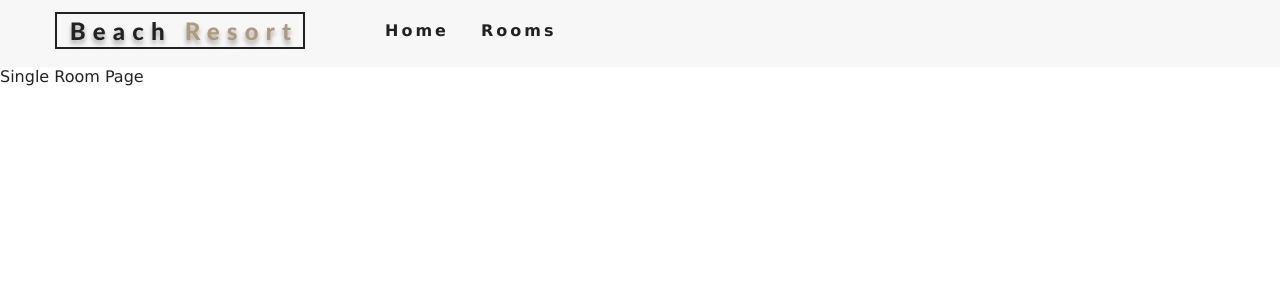
Repository: sanchit01garg/react-beachResort
Page: /rooms/double-deluxe
An editor plug-in stored every save of this project. The page is shown before and after a run of saves, followed by the edit.
The browser window is 1280 px wide. The pictures show the whole page.
The project was rebuilt for these pictures with package versions that can differ from the ones it lists, and the page was loaded fresh each time. Also part of the build but not shown: src/components/Hero.js, src/components/Banner.js, src/components/Title.js, src/components/Services.js, src/components/Loading.js, src/components/Room.js, src/components/FeaturedRooms.js, src/pages/Home.js and 2 more.

Above is the page before, as saved 2021-01-07 20:31:48.

After the next 2 saves:
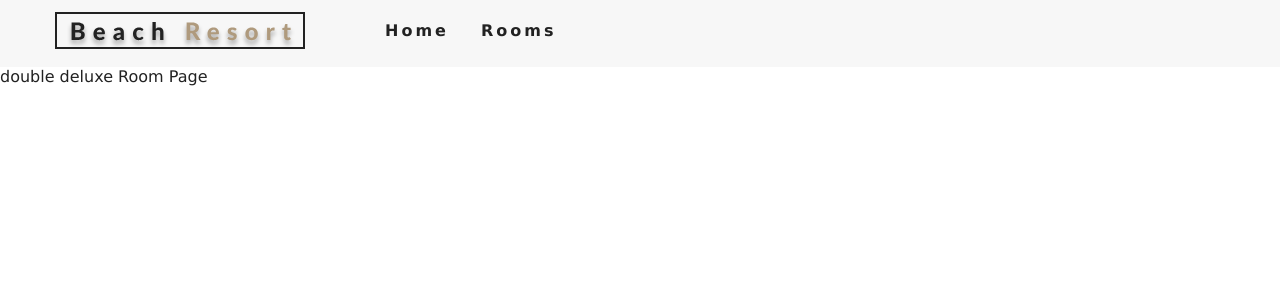
The 2 saves are shown as one change because 1 did not build or start.
The last was saved 6 min 3 s later.
--- a/src/pages/SingleRoom.js
+++ b/src/pages/SingleRoom.js
@@ -14,6 +14,20 @@ export default class SingleRoom extends Component {
   static contextType = RoomContext;
 
   render() {
-    return <div>Single Room Page</div>;
+    const { getRoom } = this.context;
+    const room = getRoom(this.state.slug);
+
+    if (!room) {
+      return (
+        <div className="error">
+          <h3> no such room could be found...</h3>
+          <Link to="/rooms" className="btn-primary">
+            back to rooms
+          </Link>
+        </div>
+      );
+    }
+
+    return <div>{room.name} Room Page </div>;
   }
 }
